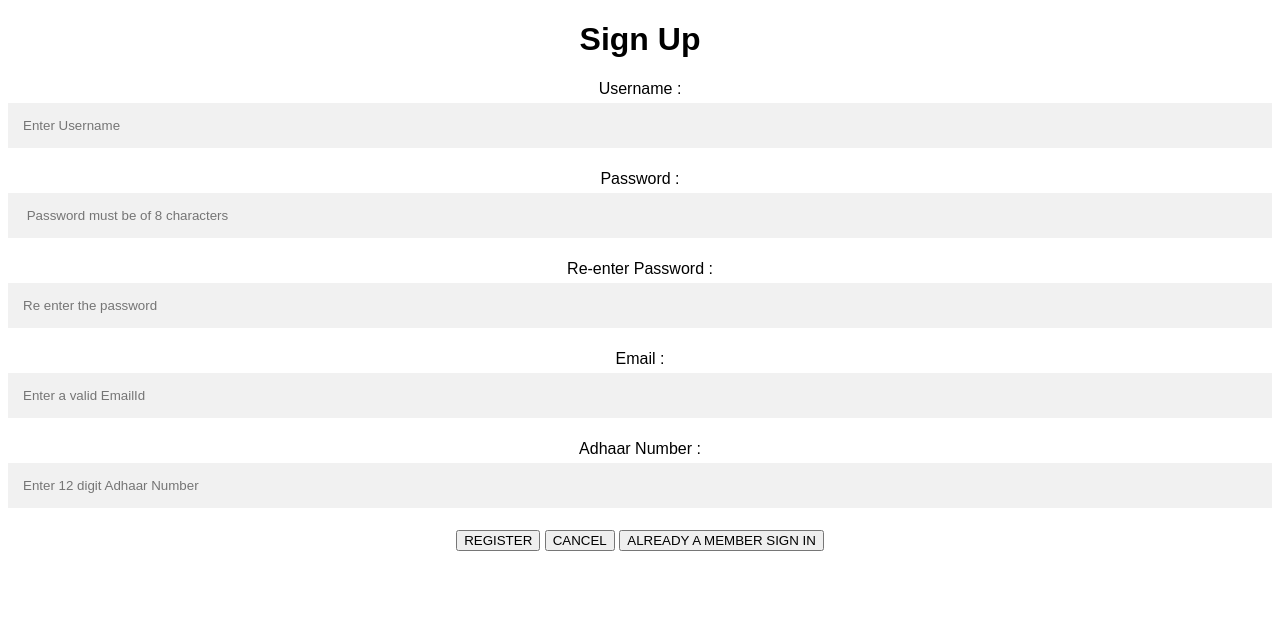
Repository: jchowdapurkar/Java-Project
Page: http://localhost/Registration/registration.jsp
The author's editor kept a copy of each file at every save. The page is drawn from the files as they stood at one save, then again after the next save.
The browser window is 1280 px wide. The pictures show the whole page.
The page is served by Tomcat 9.

Above is the page before, as saved 2018-07-16 18:40:44.

After the next save:
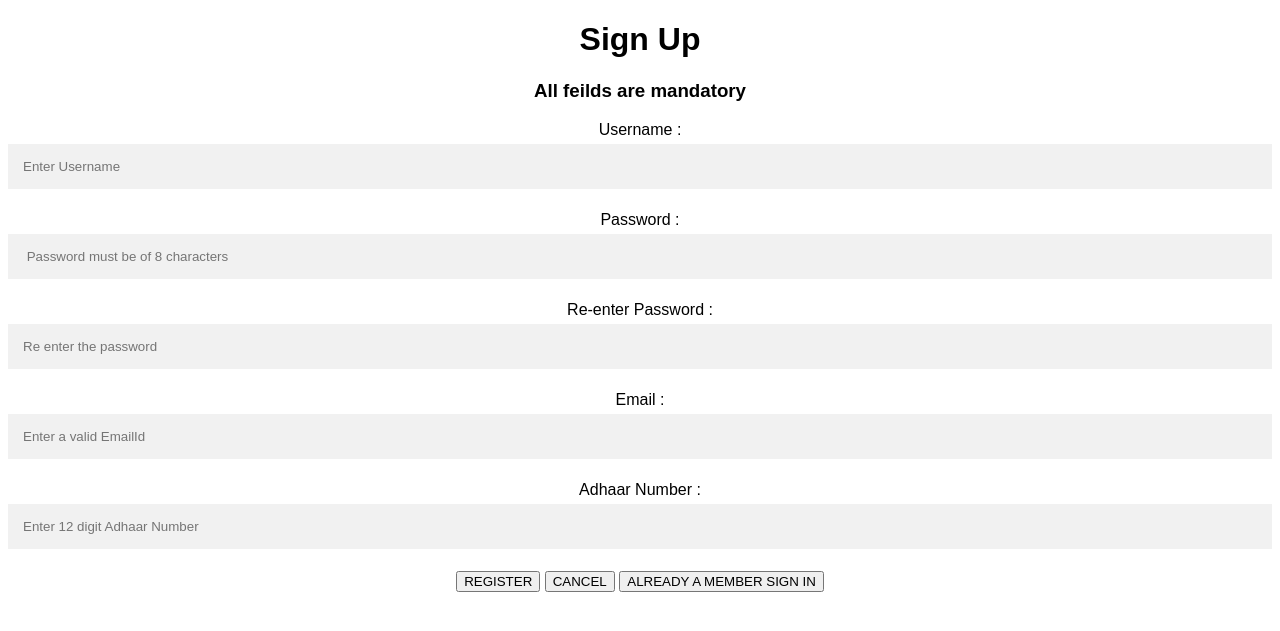
Saved 48 s later.
--- a/Task Jsp/Registration/WebContent/registration.jsp
+++ b/Task Jsp/Registration/WebContent/registration.jsp
@@ -82,6 +82,7 @@ button:hover {
 <div align="center">
 <form action = "Registration" method ="post">
 <h1>Sign Up</h1>
+<h3>All feilds are mandatory</h3>
 Username : <input type ="text" placeholder = "Enter Username" name = "username" required="required">
 Password : <input type ="password" placeholder = " Password must be of 8 characters" name = "password"  required="required">
 Re-enter Password :<input type = "password" placeholder = "Re enter the password" name = "re enter password" required = "required">
